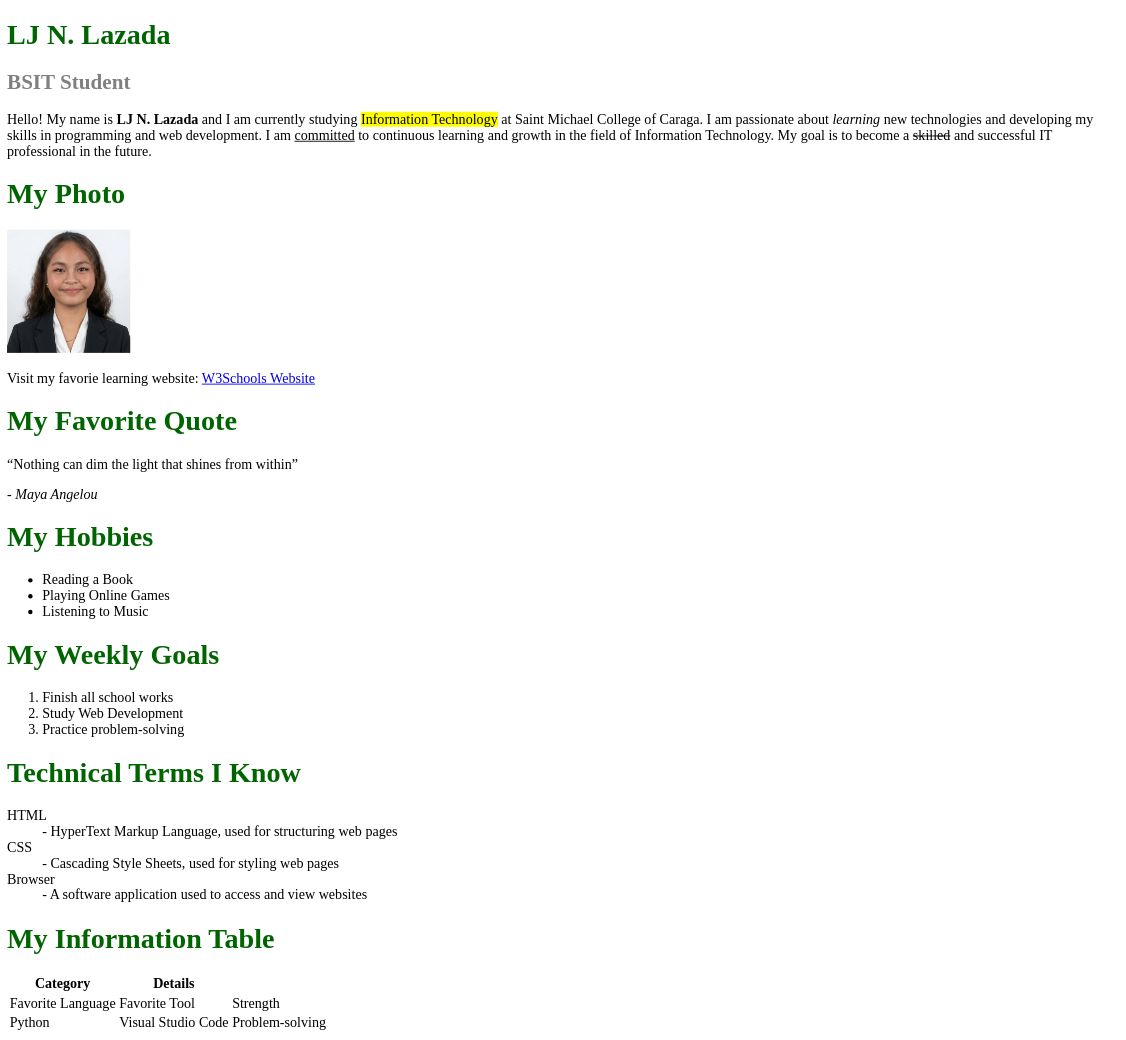
Repository: ljlazada11/myfirsthtml
Page: index.html
An editor plug-in stored every save of this project. The page is shown before and after the next save, followed by the edit.
The browser window is 1280 px wide. The pictures show the whole page, at 88% of full size.

Above is the page before, as saved 2026-06-24 20:34:23.

After the next save:
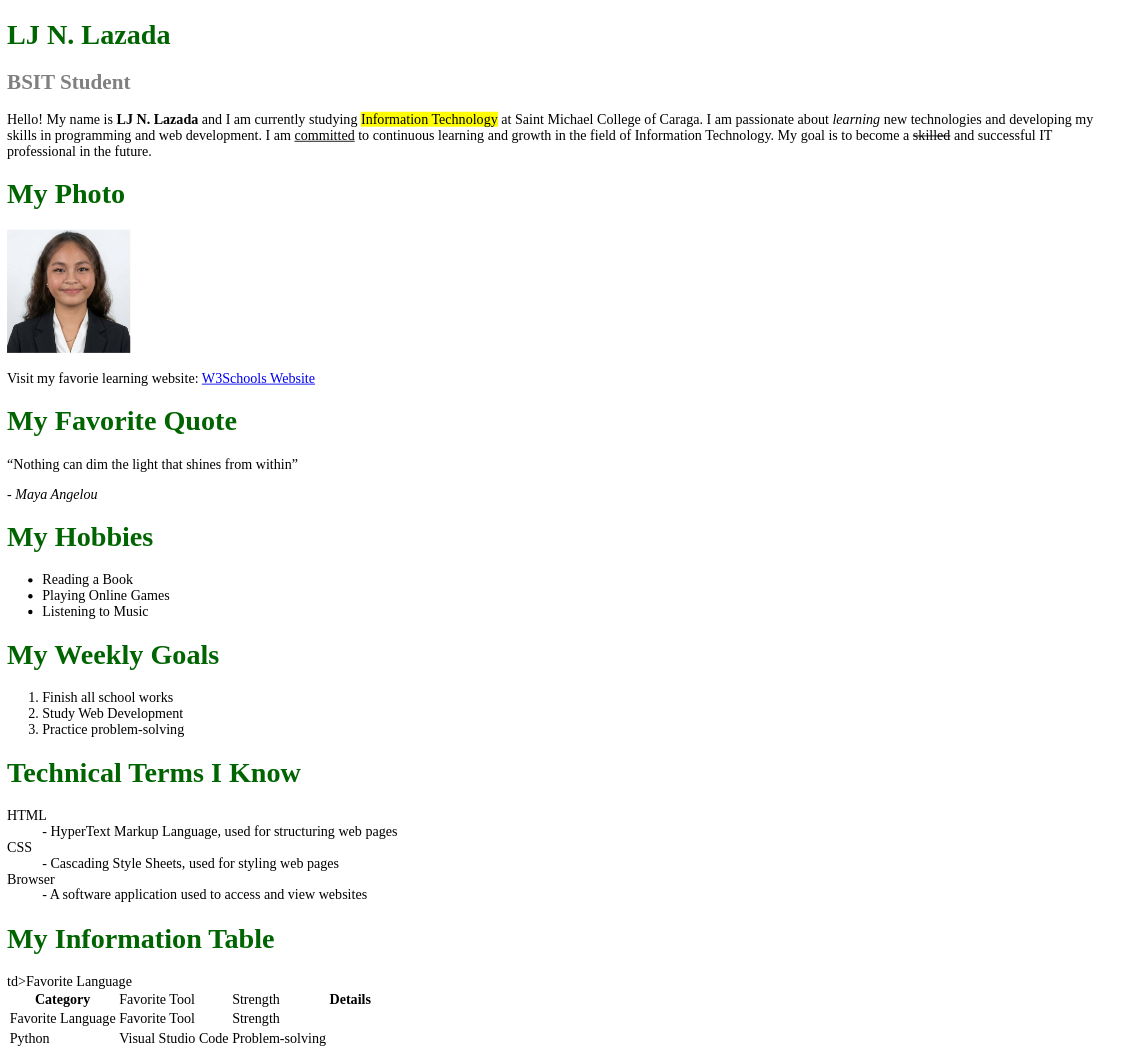
Saved 47 s later.
--- a/index.html
+++ b/index.html
@@ -48,7 +48,10 @@
     <h1 style="color:darkgreen">My Information Table</h1>
 <table style="width: 40;%">
   <tr>
-    <th>Category</th>
+    <th>Category</th> td>Favorite Language</td>
+    <td>Favorite Tool</td>
+    <td>Strength</td>
+
     <th>Details</th>
   </tr>
   <tr>
